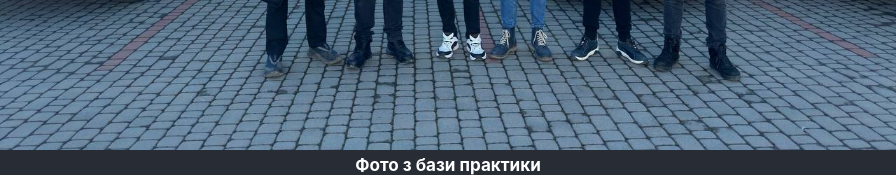
Repository: rutsguifd/prac-report
Page: /
These files come from the project's save history. The page is drawn as it stood at one moment and after the next save; the edit follows.
The browser window is 1280 px wide. The pictures show the part of the page from y = 956 to 2876 px (the page is 1206 px tall before and 3474 px after), at 70% of full size.
The project was rebuilt for these pictures with package versions that can differ from the ones it lists, and the page was loaded fresh each time.

Above is the page before, as saved 2024-02-22 13:35:01.

After the next save:
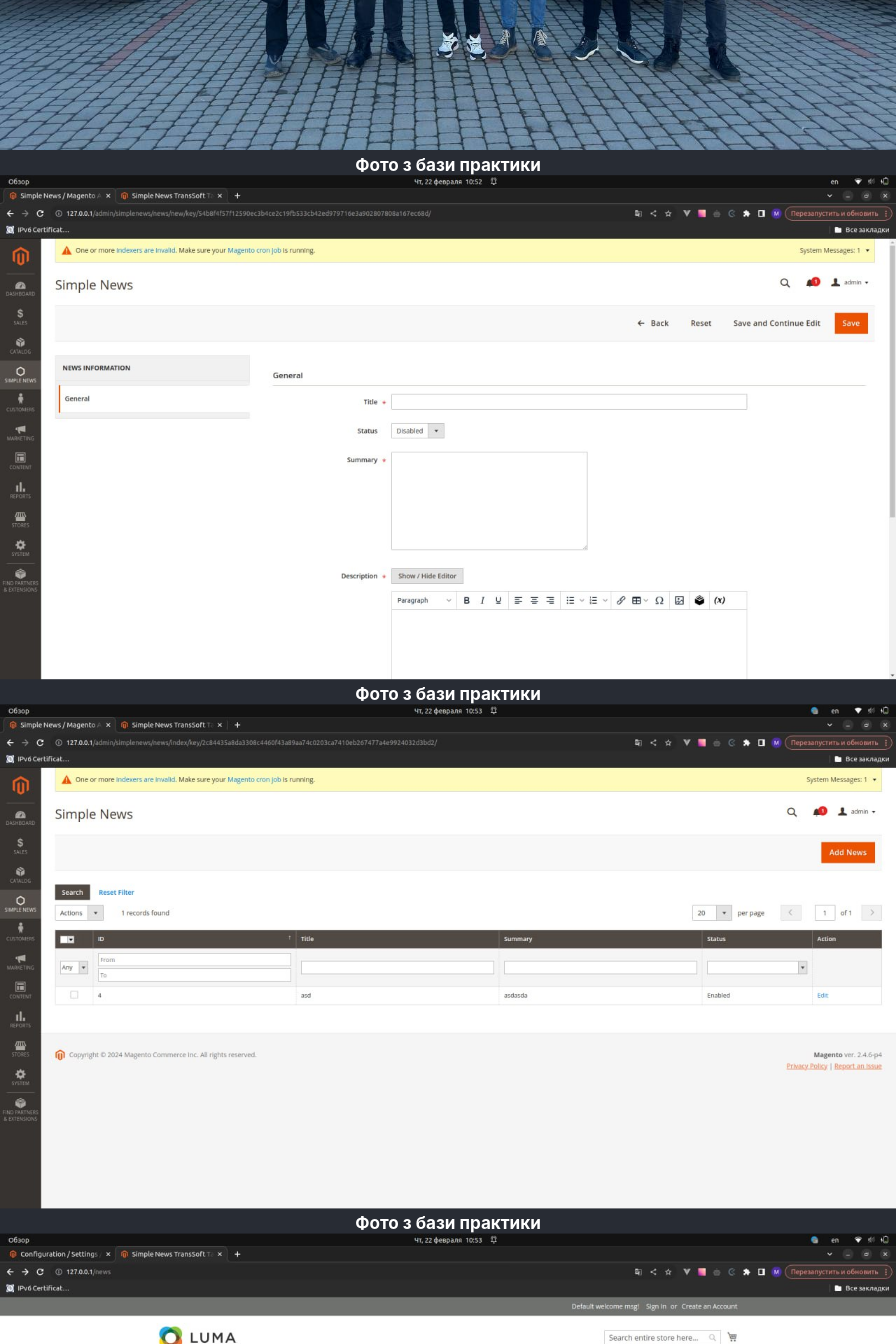
Saved 32 s later.
--- a/src/App.js
+++ b/src/App.js
@@ -23,6 +23,12 @@
           </div>
           <img src={PR} alt="alt" />
           <b>Фото з бази практики</b>
+          <img src={IM1} alt="alt" />
+          <b>Фото з бази практики</b>
+          <img src={IM2} alt="alt" />
+          <b>Фото з бази практики</b>
+          <img src={IM3} alt="alt" />
+          <b>Фото з бази практики</b>
         </div>
       </header>
     </div>
